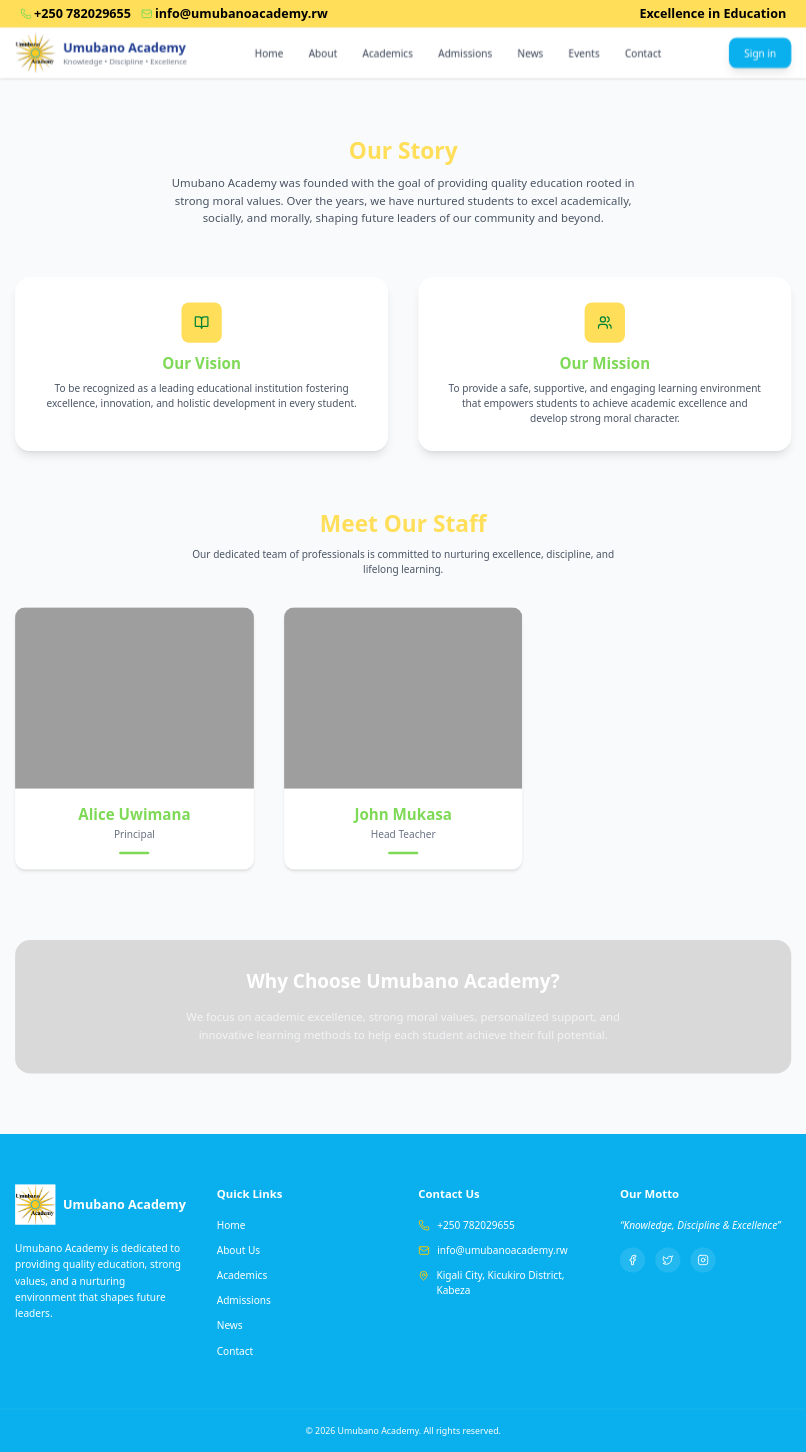
Repository: Umubano-Academy/umubano-academy-website
Page: /aboutus
An editor plug-in stored every save of this project. The page is shown before and after the next save, followed by the edit.
The browser window is 1280 px wide. The pictures show the whole page, at 63% of full size.
Pictures or frames that could not be fetched are drawn as grey boxes. The project was rebuilt for these pictures with package versions that can differ from the ones it lists, and the page was loaded fresh each time. Also part of the build but not shown: vite.config.js, src/components/guest/Hero.jsx, src/components/guest/Event.jsx, src/components/guest/News.jsx, src/components/guest/Contact.jsx, src/components/guest/Home.jsx, src/components/guest/Admission.jsx, src/components/guest/Academic.jsx and 7 more.

Above is the page before, as saved 2026-01-13 19:40:21.

### index.html
<!doctype html>
<html lang="en">
  <head>
    <meta charset="UTF-8" />
    <!-- <link rel="icon" type="image/svg+xml" href="/vite.svg" /> -->
    <meta name="viewport" content="width=device-width, initial-scale=1.0" />
    <title>umubano-academy</title>
  </head>
  <body>
    <div id="root"></div>
    <script type="module" src="/src/main.jsx"></script>
  </body>
</html>

### src/App.jsx
import React from 'react'
import { BrowserRouter, Route, Routes } from 'react-router-dom'
import NavBar from './components/guest/NavBar'
import Hero from './components/guest/Hero'
import Event from './components/guest/Event'
import News from './components/guest/News'
import Layout from './components/guest/Layout'
import Home from './components/guest/Home'
import Admission from './components/guest/Admission'
import Academic from './components/guest/Academic'
import About from './components/guest/About'
import LayOut from './components/admin/LayOut'
import Dashboard from './components/admin/pages/Dashboard'
import Login from './components/guest/forms/Login'
import ResetPassword from './components/guest/forms/ResetPassword'


function App() {
  return (
    <BrowserRouter>

    <Routes>
      <Route path='/' element={<Layout />}>
      <Route index element={<Home />} />
      <Route path='/admissions' element={<Admission />} />
      <Route path='/academic' element={<Academic />} />
      <Route path='/aboutus' element={<About />} />
      <Route path='/login' element={<Login />} />
      <Route path="/password-reset" element={<ResetPassword />} />
      </Route>

      <Route path='/admin' element={<LayOut />}>
      <Route index element={<Dashboard />} />
      </Route>
    </Routes>
    </BrowserRouter>

  )
}

export default App

### src/components/guest/NavBar.jsx
import React, { useState } from "react";
import { Menu, X, Phone, Mail, GraduationCap } from "lucide-react";
import { motion, AnimatePresence } from "framer-motion";
import logo from "../../assets/UALOGO.png";
import { Link } from "react-router-dom";

function NavBar() {
  const [open, setOpen] = useState(false);

  const navLinks = [
    { name: "Home", type: "route", path: "/" },
    { name: "About", type: "route", path: "/aboutus" },
    { name: "Academics", type: "route", path: "/academic" },
    { name: "Admissions", type: "route", path: "/admissions" },
    { name: "News", type: "id", path: "news" },
    { name: "Events", type: "id", path: "events" },
    { name: "Contact", type: "id", path: "contact" },
  ];

  return (
    <>
      {/* Top Info Bar */}
      <div className="hidden md:flex justify-between items-center px-8 py-2 bg-[#FFDE59]  text-sm">
        <div className="flex items-center gap-4">
          <span className="flex items-center gap-1 text-xl text-black font-bold">
            <Phone size={18} className="text-[#7ED956] text-2xl" /> +250
            782029655
          </span>
          <span className="flex text-xl items-center gap-1  text-black font-bold">
            <Mail size={18} className="text-[#7ED956] text-2xl" />{" "}
            info@umubanoacademy.rw
          </span>
        </div>
        <span className=" text-xl  text-black font-bold">
          Excellence in Education
        </span>
      </div>

      {/* Main Navbar */}
      <header className="sticky top-0 z-50 bg-white/80 backdrop-blur-xl shadow-sm">
        <div className="max-w-7xl mx-auto px-6">
          <div className="flex items-center justify-between h-20">
            {/* Logo */}
            <Link to="/" className="flex items-center gap-3">
              <img
                src={logo}
                alt="Umubano Academy Logo"
                className="w-16 h-16 object-contain"
              />
              {/* <div className="w-12 h-12 bg-blue-900 text-white flex items-center justify-center rounded-xl">
                <GraduationCap size={28} />
              </div> */}
              <div>
                <h1 className="text-xl font-bold text-blue-900">
                  Umubano Academy
                </h1>
                <p className="text-xs text-gray-500">
                  Knowledge • Discipline • Excellence
                </p>
              </div>
            </Link>

            {/* Desktop Menu */}
            <nav className="hidden lg:flex items-center gap-10">
              {navLinks.map((link) =>
                link.type === "route" ? (
                  <Link
                    key={link.name}
                    to={link.path}
                    className="relative text-gray-700 font-medium hover:text-blue-900 transition group"
                  >
                    {link.name}
                    <span className="absolute left-0 -bottom-1 w-0 h-0.5 bg-blue-900 transition-all group-hover:w-full"></span>
                  </Link>
                ) : (
                  <a
                    key={link.name}
                    href={`#${link.path}`}
                    className="relative text-gray-700 font-medium hover:text-blue-900 transition group"
                  >
                    {link.name}
                    <span className="absolute left-0 -bottom-1 w-0 h-0.5 bg-blue-900 transition-all group-hover:w-full"></span>
                  </a>
                )
              )}
            </nav>

            {/* CTA */}
            <div className="hidden lg:flex">
              <a
                href="/login"
                className="bg-[#0AB0EE] text-white px-6 py-3 rounded-xl font-medium shadow-lg hover:shadow-xl transition"
              >
                Sign in
              </a>
            </div>

            {/* Mobile Menu Button */}
            <button
              onClick={() => setOpen(!open)}
              className="lg:hidden text-blue-900"
            >
              {open ? <X size={30} /> : <Menu size={30} />}
            </button>
          </div>
        </div>

        {/* Mobile Menu */}
        <AnimatePresence>
          {open && (
            <motion.div
              initial={{ opacity: 0, y: -20 }}
              animate={{ opacity: 1, y: 0 }}
              exit={{ opacity: 0, y: -20 }}
              transition={{ duration: 0.3 }}
              className="lg:hidden bg-white shadow-xl"
            >
              <div className="flex flex-col px-6 py-6 gap-6">
                {navLinks.map((link) =>
                  link.type === "route" ? (
                    <Link
                      key={link.name}
                      to={link.path}
                      className="text-lg font-medium text-gray-700 hover:text-blue-900"
                      onClick={() => setOpen(false)}
                    >
                      {link.name}
                    </Link>
                  ) : (
                    <a
                      key={link.name}
                      href={`#${link.path}`}
                      className="text-lg font-medium text-gray-700 hover:text-blue-900"
                      onClick={() => setOpen(false)}
                    >
                      {link.name}
                    </a>
                  )
                )}

                <Link
                  to="login"
                  className="mt-4 text-center bg-blue-900 text-white py-3 rounded-xl font-medium"
                >
                  Login
                </Link>
              </div>
            </motion.div>
          )}
        </AnimatePresence>
      </header>
    </>
  );
}

export default NavBar;

### src/components/guest/Layout.jsx
import React from 'react'
import NavBar from './NavBar'
import { Outlet } from 'react-router-dom'
import Footer from './Footer'


function Layout() {
  return (
    <div>
      <NavBar />

      <div>
        <Outlet />
      </div>
      <div>
        <Footer />
      </div>
    </div>
  )
}

export default Layout

### src/components/guest/About.jsx
import React from "react";
import { motion } from "framer-motion";
import { Users, BookOpen } from "lucide-react";
import staff1 from "../../assets/head.jpg";
import staff2 from "../../assets/head.jpg";

function About() {
  const staff = [
    { name: "Alice Uwimana", role: "Principal", img: staff1 },
    { name: "John Mukasa", role: "Head Teacher", img: staff2 },
  ];

  return (
    <section className="py-24 bg-gray-50">
      <div className="max-w-7xl mx-auto px-6">
        {/* Story / History */}
        <motion.div
          initial={{ opacity: 0, y: 30 }}
          whileInView={{ opacity: 1, y: 0 }}
          viewport={{ once: true }}
          transition={{ duration: 0.6 }}
          className="text-center max-w-3xl mx-auto mb-20"
        >
          <h2 className="text-4xl font-bold text-[#FFDE59] mb-4">Our Story</h2>
          <p className="text-gray-600 text-lg">
            Umubano Academy was founded with the goal of providing quality
            education rooted in strong moral values. Over the years, we have
            nurtured students to excel academically, socially, and morally,
            shaping future leaders of our community and beyond.
          </p>
        </motion.div>

        {/* Vision & Mission */}
        <motion.div
          className="grid grid-cols-1 md:grid-cols-2 gap-12 mb-24"
          initial="hidden"
          whileInView="visible"
          viewport={{ once: true }}
          variants={{ visible: { transition: { staggerChildren: 0.2 } } }}
        >
          <motion.div
            variants={{
              hidden: { opacity: 0, y: 40 },
              visible: { opacity: 1, y: 0 },
            }}
            className="bg-white rounded-3xl shadow-lg p-10 flex flex-col items-center text-center hover:shadow-2xl transition"
          >
            <div className="w-16 h-16 bg-[#FFDE59] text-green-700 flex items-center justify-center rounded-xl mb-4">
              <BookOpen />
            </div>
            <h4 className="text-2xl font-bold text-[#7ED956] mb-3">
              Our Vision
            </h4>
            <p className="text-gray-600">
              To be recognized as a leading educational institution fostering
              excellence, innovation, and holistic development in every student.
            </p>
          </motion.div>

          <motion.div
            variants={{
              hidden: { opacity: 0, y: 40 },
              visible: { opacity: 1, y: 0 },
            }}
            className="bg-white rounded-3xl shadow-lg p-10 flex flex-col items-center text-center hover:shadow-2xl transition"
          >
            <div className="w-16 h-16 bg-[#FFDE59] text-green-700 flex items-center justify-center rounded-xl mb-4">
              <Users />
            </div>
            <h4 className="text-2xl font-bold text-[#7ED956] mb-3">
              Our Mission
            </h4>
            <p className="text-gray-600">
              To provide a safe, supportive, and engaging learning environment
              that empowers students to achieve academic excellence and develop
              strong moral character.
            </p>
          </motion.div>
        </motion.div>

        {/* Staff Listing */}
        <motion.div
          initial={{ opacity: 0, y: 30 }}
          whileInView={{ opacity: 1, y: 0 }}
          viewport={{ once: true }}
          transition={{ duration: 0.6 }}
          className="mb-28"
        >
          <h3 className="text-4xl font-bold text-[#FFDE59] mb-4 text-center">
            Meet Our Staff
          </h3>
          <p className="text-center text-gray-600 max-w-2xl mx-auto mb-12">
            Our dedicated team of professionals is committed to nurturing
            excellence, discipline, and lifelong learning.
          </p>

          <div className="grid grid-cols-1 sm:grid-cols-2 lg:grid-cols-3 gap-12">
            {staff.map((member, index) => (
              <motion.div
                key={index}
                whileHover={{ y: -8 }}
                transition={{ type: "spring", stiffness: 200 }}
                className="bg-white rounded-2xl shadow-md hover:shadow-2xl overflow-hidden transition-all duration-300"
              >
                {/* Image */}
                <div className="relative">
                  <img
                    src={member.img}
                    alt={member.name}
                    className="w-full h-72 object-cover"
                  />
                  <div className="absolute inset-0 bg-black/10 opacity-0 hover:opacity-100 transition" />
                </div>

                {/* Info */}
                <div className="p-6 text-center">
                  <h4 className="text-2xl font-semibold text-[#7ED956]">
                    {member.name}
                  </h4>
                  <p className="text-gray-500 mt-1">{member.role}</p>

                  <div className="mt-4 w-12 h-1 bg-[#7ED956] mx-auto rounded-full" />
                </div>
              </motion.div>
            ))}
          </div>
        </motion.div>

        {/* Values / Why Choose Us */}
        <motion.div
          initial={{ opacity: 0, y: 30 }}
          whileInView={{ opacity: 1, y: 0 }}
          viewport={{ once: true }}
          transition={{ duration: 0.6 }}
          className="bg-[#D9D9D9] text-white rounded-3xl p-12 text-center"
        >
          <h3 className="text-3xl font-bold mb-6">
            Why Choose Umubano Academy?
          </h3>
          <p className="text-gray-100 max-w-3xl mx-auto text-lg">
            We focus on academic excellence, strong moral values, personalized
            support, and innovative learning methods to help each student
            achieve their full potential.
          </p>
        </motion.div>
      </div>
    </section>
  );
}

export default About;

### src/components/guest/Footer.jsx
import React from "react"
import {
  Phone,
  Mail,
  MapPin,
  Facebook,
  Twitter,
  Instagram,
  GraduationCap,
} from "lucide-react"
import logo from "../../assets/UALOGO.png"

function Footer() {
  return (
    <footer className="bg-[#0AB0EE] text-white">
      <div className="max-w-7xl mx-auto px-6 py-20">

        {/* Top Section */}
        <div className="grid grid-cols-1 md:grid-cols-2 lg:grid-cols-4 gap-12">

          {/* School Info */}
          <div>
            <div className="flex items-center gap-3 mb-6">
              <img src={logo} alt="Umubano Academy Logo" className="w-16 h-16 object-contain" />
              <h3 className="text-xl font-bold text-white">
                Umubano Academy
              </h3>
            </div>
            <p className="text-white leading-relaxed">
              Umubano Academy is dedicated to providing quality education,
              strong values, and a nurturing environment that shapes future
              leaders.
            </p>
          </div>

          {/* Quick Links */}
          <div>
            <h4 className="text-lg font-semibold text-white mb-6">
              Quick Links
            </h4>
            <ul className="space-y-4">
              {[
                "Home",
                "About Us",
                "Academics",
                "Admissions",
                "News",
                "Contact",
              ].map((link) => (
                <li key={link}>
                  <a
                    href={`/${link.toLowerCase().replace(" ", "")}`}
                    className="hover:text-yellow-400 transition"
                  >
                    {link}
                  </a>
                </li>
              ))}
            </ul>
          </div>

          {/* Contact Info */}
          <div>
            <h4 className="text-lg font-semibold text-white mb-6">
              Contact Us
            </h4>
            <ul className="space-y-4">
              <li className="flex items-start gap-3">
                <Phone size={18} className="text-yellow-400 mt-1" />
                <span>+250 782029655</span>
              </li>
              <li className="flex items-start gap-3">
                <Mail size={18} className="text-yellow-400 mt-1" />
                <span>info@umubanoacademy.rw</span>
              </li>
              <li className="flex items-start gap-3">
                <MapPin size={18} className="text-yellow-400 mt-1" />
                <span>
                  Kigali City, Kicukiro District, Kabeza
                </span>
              </li>
            </ul>
          </div>

          {/* Motto & Social */}
          <div>
            <h4 className="text-lg font-semibold text-white mb-6">
              Our Motto
            </h4>
            <p className="italic mb-6">
              “Knowledge, Discipline & Excellence”
            </p>

            <div className="flex gap-4">
              <a
                href="#"
                className="w-10 h-10 bg-white/10 flex items-center justify-center rounded-full hover:bg-yellow-400 hover:text-blue-900 transition"
              >
                <Facebook size={18} />
              </a>
              <a
                href="#"
                className="w-10 h-10 bg-white/10 flex items-center justify-center rounded-full hover:bg-yellow-400 hover:text-blue-900 transition"
              >
                <Twitter size={18} />
              </a>
              <a
                href="#"
                className="w-10 h-10 bg-white/10 flex items-center justify-center rounded-full hover:bg-yellow-400 hover:text-blue-900 transition"
              >
                <Instagram size={18} />
              </a>
            </div>
          </div>

        </div>
      </div>

      {/* Bottom Bar */}
      <div className="border-t border-white/10 py-6 text-center text-sm text-white">
        © {new Date().getFullYear()} Umubano Academy. All rights reserved.
      </div>
    </footer>
  )
}

export default Footer

Loaded but not shown: src/main.jsx (common file); src/index.css (common file)

After the next save:
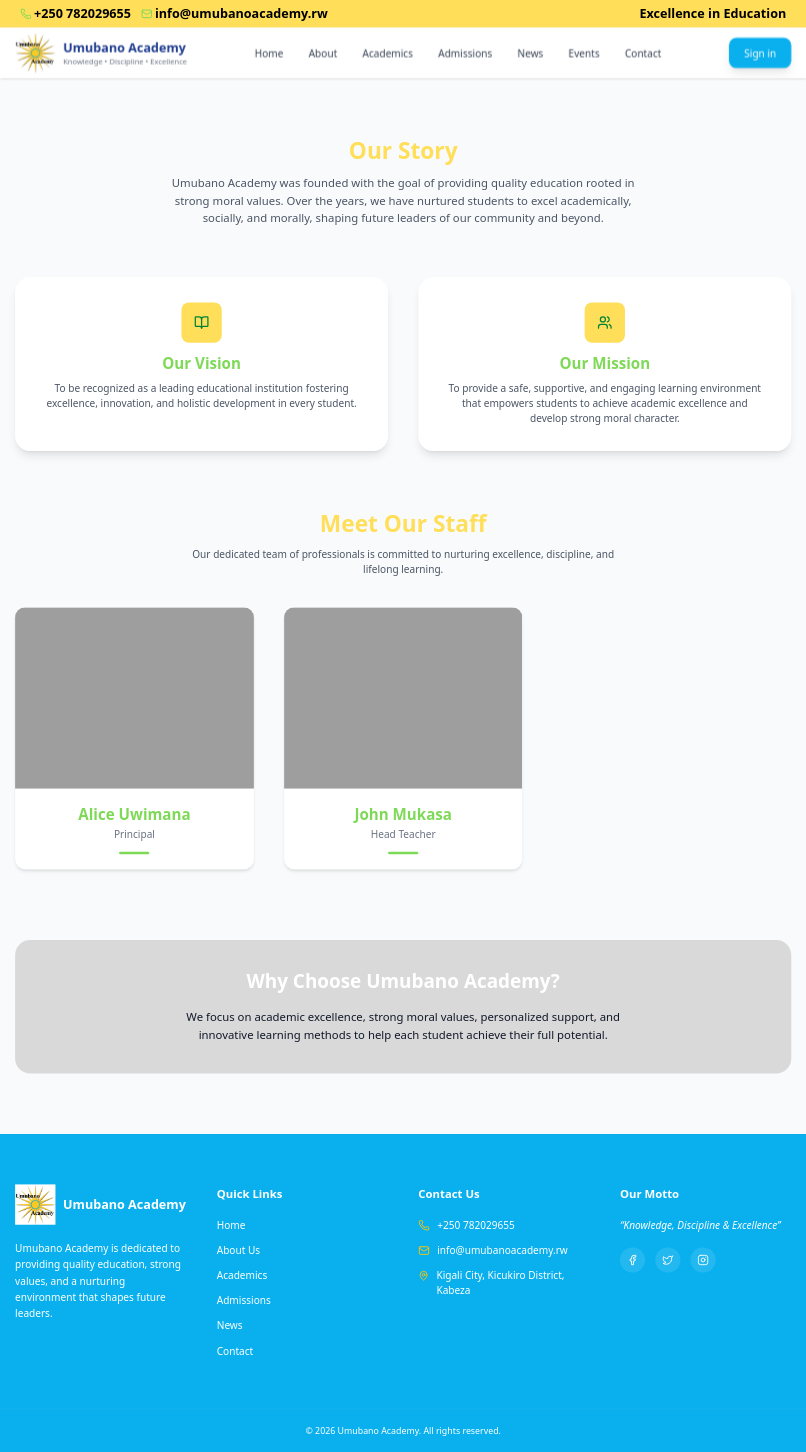
Saved 20 s later.
--- a/src/components/guest/About.jsx
+++ b/src/components/guest/About.jsx
@@ -137,7 +137,7 @@ function About() {
           <h3 className="text-3xl font-bold mb-6">
             Why Choose Umubano Academy?
           </h3>
-          <p className="text-gray-100 max-w-3xl mx-auto text-lg">
+          <p className="text-gray-900 max-w-3xl mx-auto text-lg">
             We focus on academic excellence, strong moral values, personalized
             support, and innovative learning methods to help each student
             achieve their full potential.
